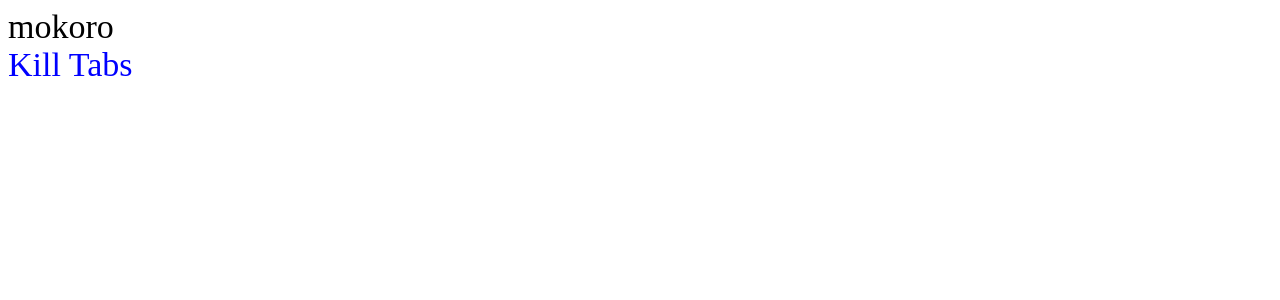
Repository: meltemsungurlu/chromeextensions
Page: sample/popup.html
These files come from the project's save history. The page is drawn as it stood at one moment and after the next save; the edit follows.
The browser window is 1280 px wide. The pictures show the whole page.

Above is the page before, as saved 2021-09-10 02:10:56.

### sample/popup.html
<!DOCTYPE html>
<html>
<head>
<style>

.tab-control {

}

.tab-control > .tabs {

}

.tab-control > .tabs > div {

}
.hyper-link {
color:blue;
cursor: pointer;
}

</style>
<link rel="stylesheet" type="text/css" href="popup.css">
</head>
<body>
	<div class="container" style="width: 400px;">
		<div class="tab-control">
			<div class="tabs">
				<div>mokoro</div>
			</div>
			<div class="content">
				 <div class="hyper-link" id="process">Kill Tabs</div>

			</div>
		</div>
	</div>


	<script src="popup.js"></script>
</body>
</html>

### sample/popup.css
body {
        font-size:34px;
}

### sample/popup.js
//# sourceURL=@chrome-extension-options.js
// https://developer.chrome.com/extensions/getstarted
'use strict';

let processDv = document.querySelector('div#process');



processDv.onclick = (e) => {
    console.log(e.type);
    chrome.runtime.sendMessage({
        popUp: {
            event: e
        },
        greeting: "wup"
    }, function(response) {

        console.log('%cResponse', 'color:red;font-size:20px;padding:50px;', response);
    });
};

After the next save:
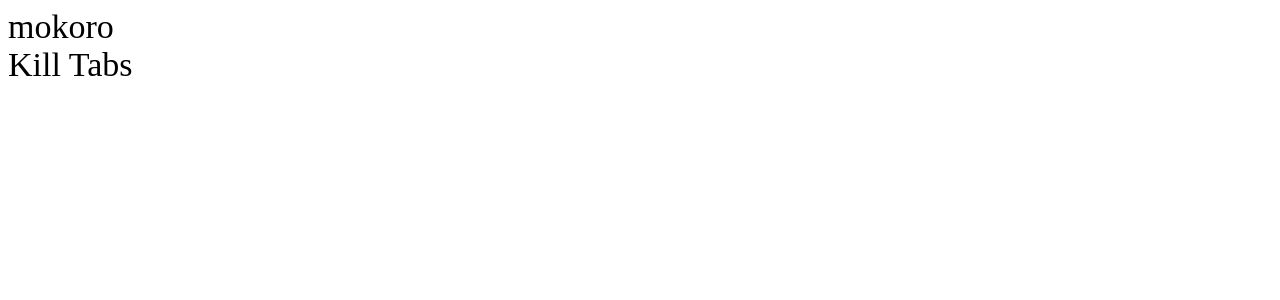
Saved 7 min 14 s later.
--- a/sample/popup.html
+++ b/sample/popup.html
@@ -1,25 +1,6 @@
 <!DOCTYPE html>
 <html>
 <head>
-<style>
-
-.tab-control {
-
-}
-
-.tab-control > .tabs {
-
-}
-
-.tab-control > .tabs > div {
-
-}
-.hyper-link {
-color:blue;
-cursor: pointer;
-}
-
-</style>
 <link rel="stylesheet" type="text/css" href="popup.css">
 </head>
 <body>
